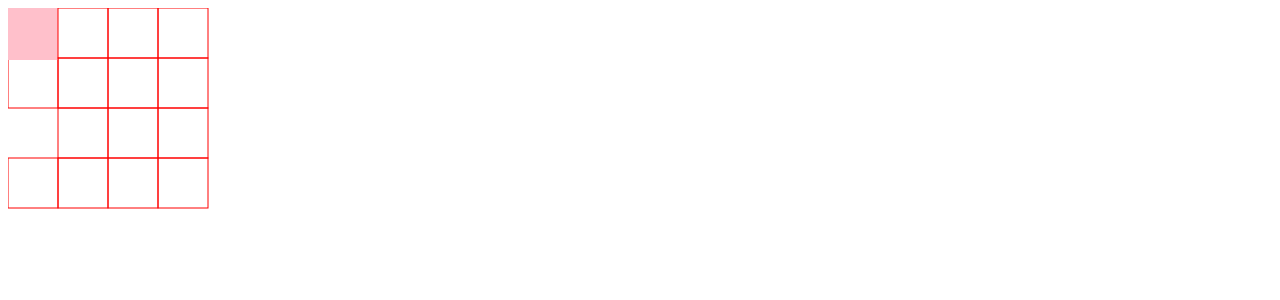
Repository: JIHYEONHE/doit
Page: FAST_ZZANG/static/canvas3.html
These files come from the project's save history. The page is drawn as it stood at one moment and after the next save; the edit follows.
The browser window is 1280 px wide. The pictures show the whole page.

Above is the page before, as saved 2022-10-18 01:33:08.

### FAST_ZZANG/static/canvas3.html
<!DOCTYPE html>
<html>
<head>
<meta charset="UTF-8">
<title>Insert title here</title>
<script type="text/javascript">
var cvr2D = [
	   [1,0,1,0],
	   [1,1,1,0],
	   [0,0,0,1],
	   [1,1,0,0]
	];

function myinit(){
    const c = document.getElementById('mycan');
    // 2. 2d모드의 그리기 객체를 취득한다. => 이 객체를 통해 canvas에 그림을 그릴 수 있다.
    const ctx = c.getContext("2d");

    for(var i=0; i<4; i++){
		for(var j=0; j<4; j++){
		    if(cvr2D[i][j]==1&&i==0){
			    ctx.fillStyle = 'pink';
			    ctx.fillRect(i*50,j, 50, 50);
		    }else{
		        ctx.strokeStyle = 'red';
		        ctx.strokeRect(i*50, j*50, 50, 50);

		    }
		}
	}


}

</script>
</head>
<body onload="myinit()">

<canvas id="mycan" width="400px" height="400px">

</canvas>

</body>
</html>

After the next save:
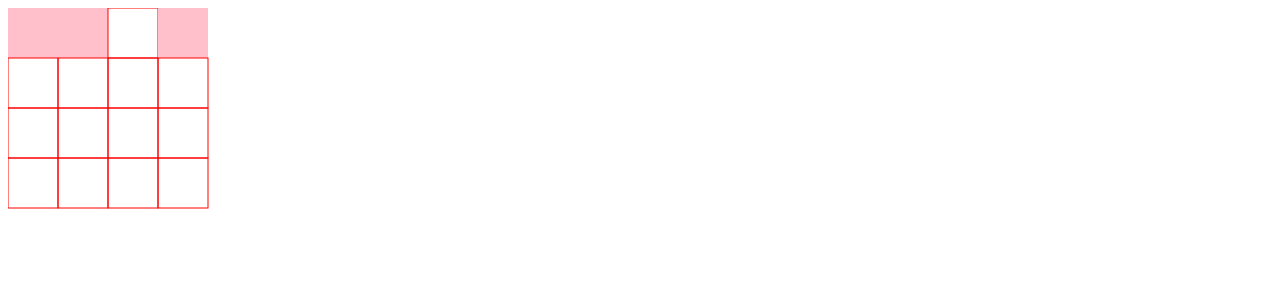
Saved 42 s later.
--- a/FAST_ZZANG/static/canvas3.html
+++ b/FAST_ZZANG/static/canvas3.html
@@ -18,7 +18,7 @@
 
     for(var i=0; i<4; i++){
 		for(var j=0; j<4; j++){
-		    if(cvr2D[i][j]==1&&i==0){
+		    if(cvr2D[i][j]==1&&j==0){
 			    ctx.fillStyle = 'pink';
 			    ctx.fillRect(i*50,j, 50, 50);
 		    }else{
